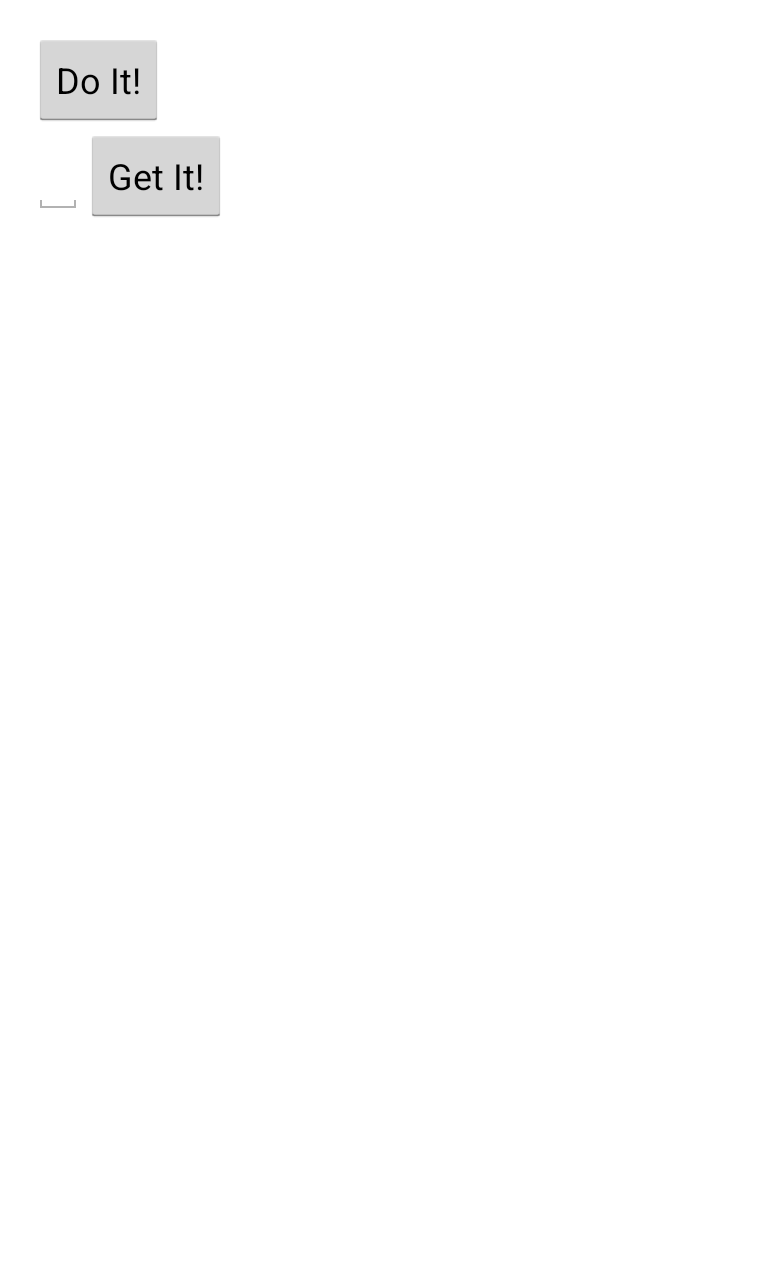
Repository: Trioblack/google_volley
Layout: google_volley/res/layout/activity_main.xml
These files come from the project's save history. The layout is drawn as it stood at one moment and after the next save; the edit follows.
It is drawn on a 768 x 1280 px phone screen (xhdpi) without system bars, with theme AppTheme; the app's code is not run.

Above is the layout before, as saved 2014-10-13 03:20:20.

After the next save:
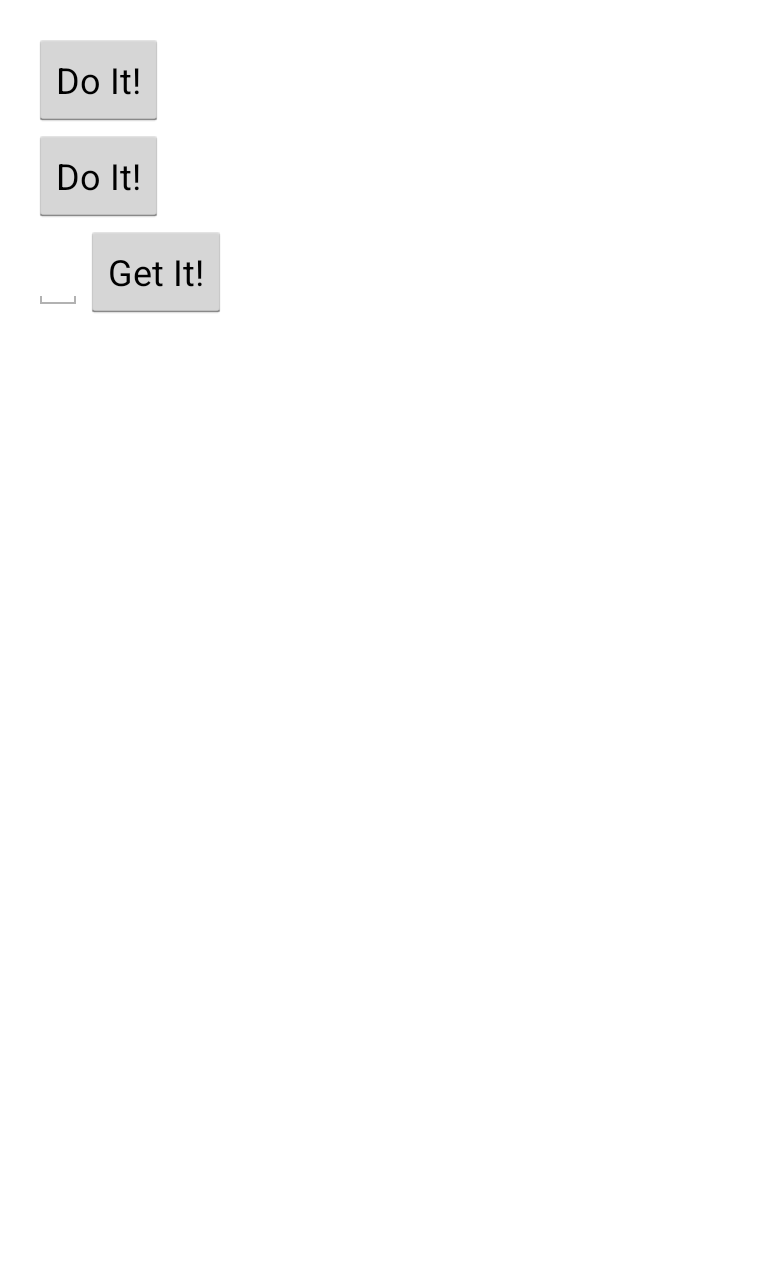
Saved 89 s later.
--- a/google_volley/res/layout/activity_main.xml
+++ b/google_volley/res/layout/activity_main.xml
@@ -12,6 +12,12 @@
 
     <Button
         android:id="@+id/do_it_btn"
+        android:layout_width="wrap_content"
+        android:layout_height="wrap_content"
+        android:text="@string/do_it_btn_text" />
+
+    <Button
+        android:id="@+id/get_all_btn"
         android:layout_width="wrap_content"
         android:layout_height="wrap_content"
         android:text="@string/do_it_btn_text" />
